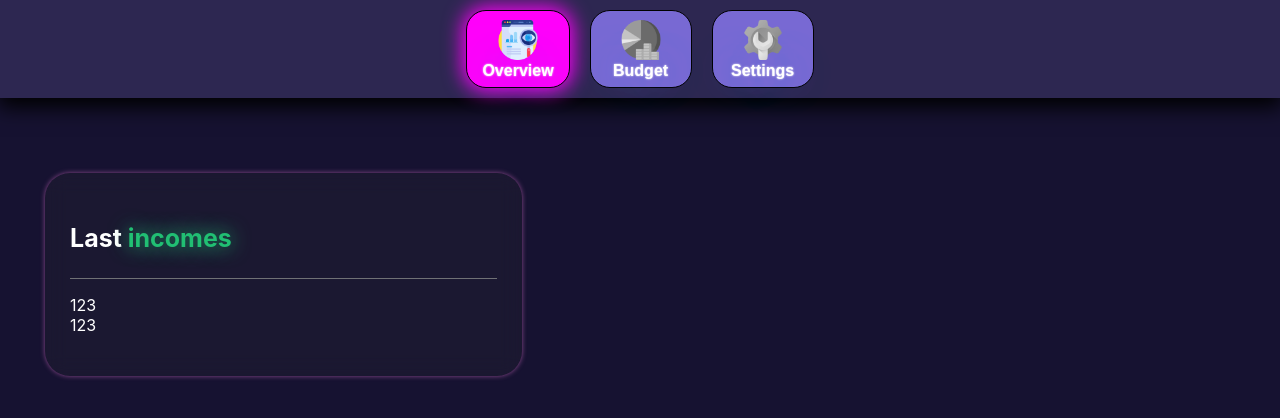
Repository: Minkeani/Money-Manager
Page: /Overview
The author's editor kept a copy of each file at every save. The page is drawn from the files as they stood at one save, then again after the next save.
The browser window is 1280 px wide. The pictures show the whole page.
The project was rebuilt for these pictures with package versions that can differ from the ones it lists, and the page was loaded fresh each time. Also part of the build but not shown: src/components/Budget/Budget.module.css, src/components/Budget/Budget.jsx, src/components/Settings/Settings.jsx, src/components/NotFound/NotFound.module.css, src/components/NotFound/NotFound.jsx.

Above is the page before, as saved 2022-07-14 19:57:50.

### src/index.js
import React from 'react';
import ReactDOM from 'react-dom/client';
import './styles/index.css'
import App from './App';

const root = ReactDOM.createRoot(document.getElementById('root'));
root.render(
    <App />
);

### src/styles/index.css
:root {
  --color-theme: #161231;
	--color-white: #fff;
	--color-black: #000;
	--color-dark-gray: #10100e;
	--color-yellow: #ffff00;
	--color-blue: #6884fb;
	--color-red: #f75d83;
	--font-bold: 600;
	--color-violet: #ae72c2;
	--text-shadow-yellow:
		0 0 2px var(--color-white),
		0 0 40px var(--color-blue);

	--spacing-medium: 20px;

	--spacing-small: 10px;

	--spacing-ultra-small: 5px;

	--spacing-large: 30px;

	--font-family-main: sans-serif;

	--border-radius-small: 3px;

	--border-radius-medium: 5px;

	--margin-list: 7px;

	--font-size-main: 16px;

	--font-size-header: 26px;

	--font-size-subheader: 18px;

	/* Theme */
	--theme-light-header: #dfe2df;

	--theme-dark-header: #ca6ca6;

	--theme-neitral-header: #cccc46;

	--theme-default-header: var(--theme-neitral-header);

	--transition: .4s;

	--theme-light-bg-img: linear-gradient(to top, #b7b7b7, #a396b0, #9a72a0, #984986, #960062);

	--theme-dark-bg-img:  linear-gradient(to top, #6a2b60, #532143, #3b192b, #221118, #000000);

	--width-max: 1200px

}
body {
  margin: 0;
	padding: 0;
	background-color: var(--color-theme);
  font-family: -apple-system, BlinkMacSystemFont, 'Segoe UI', 'Roboto', 'Oxygen',
    'Ubuntu', 'Cantarell', 'Fira Sans', 'Droid Sans', 'Helvetica Neue',
    sans-serif;
  -webkit-font-smoothing: antialiased;
  -moz-osx-font-smoothing: grayscale;
}

code {
  font-family: source-code-pro, Menlo, Monaco, Consolas, 'Courier New',
    monospace;
}

### src/App.js
import styles from './App.module.css';
import Header from './components/Header/Header';
import RoutesConfig from './routes/RoutesConfig';
import { Routes, Route, BrowserRouter, Router } from 'react-router-dom';

function App() {
  return (
    <div className={styles.App}>
      <BrowserRouter>
        <div className={styles.wrapper}>
          <Header/>
            <Routes>
              {RoutesConfig.map((route, index) => (
                <Route
                  key={index}
                  exact={route.exact}
                  element={<route.element/>}
                  path={route.path}
                />
              ))}
            </Routes>
        </div>
      </BrowserRouter>
    </div>
  );
}

export default App;

### src/App.module.css
.App {
  text-align: center;
  display: flex;
  justify-content: center;
  align-items: center;
  margin: 0 auto;
}

.App-logo {
  height: 40vmin;
  pointer-events: none;
}

.wrapper {
  width: 100%;
}

@media (prefers-reduced-motion: no-preference) {
  .App-logo {
    animation: App-logo-spin infinite 20s linear;
  }
}

.App-header {
  background-color: #282c34;
  min-height: 100vh;
  display: flex;
  flex-direction: column;
  align-items: center;
  justify-content: center;
  font-size: calc(10px + 2vmin);
  color: white;
}

.App-link {
  color: #61dafb;
}

@keyframes App-logo-spin {
  from {
    transform: rotate(0deg);
  }
  to {
    transform: rotate(360deg);
  }
}

### src/components/Header/Header.jsx
import React, {useState} from 'react'
import styles from './Header.module.scss'
import { Link } from 'react-router-dom';
import Budget from '../../icons/budget.svg'
import overview from '../../icons/Overview.svg'
import settings from '../../icons/settings.svg'
import { motion } from "framer-motion";


export default function Header() {
  const [active, setActive] = useState(1)

  const HeaderAnimation = {
    hidden: {
      y: 100,
      opacity: 0
    },
    visible: custom => ({
      y: 0,
      opacity: 1,
      transition: {delay: custom * 0.2}
    })
  };


  return (
    <motion.div
      initial="hidden"
      whileInView="visible"
      viewport={{ amount: 0.3, once: true }}
      variants={HeaderAnimation}
      className={styles.container}>
    <ul className={styles.list__container}>
        <li
          onClick={() => setActive(1)}
          className={active === 1 ? styles.active : ''}
        >
            <Link to='/Overview' exact='true' >
                 <img src={overview} alt="" />
                Overview</Link>
        </li>
        <li
          onClick={() => setActive(2)}
          className={active === 2 ? styles.active : ''}
          >
            <Link to='/Budget' exact='true' >
               <img src={Budget} alt="" />
              Budget</Link></li>
        <li
           onClick={() => setActive(3)}
           className={active === 3 ? styles.active : ''}
          >
            <Link to="/Settings" exact='true'>
              <img src={settings} alt="" />
              Settings</Link></li>
    </ul>

    </motion.div>
  )
}

### src/routes/RoutesConfig.js
import Budget from "../components/Budget/Budget"
import Overview from "../components/Overview/Overview"
import Settings from "../components/Settings/Settings"
import NotFound from "../components/NotFound/NotFound"

const RoutesConfig = [
    {
        path: '/Budget',
        exact: true,
        element: Budget
    },
    {
        path: '/Overview',
        exact: true,
        element: Overview
    },
    {
        path: '/Settings',
        exact: true,
        element: Settings
    }, {
        path: '/NotFound',
        exact: true,
        element: NotFound
    },

]

export default RoutesConfig

### src/components/Header/Header.module.scss
.container {
    display: flex;
    align-items: center;
    justify-content: center;
    margin-bottom: var(--spacing-large);
    background-color: #2d2751;
    width: 100%;
    box-shadow: 0px 7px 20px 2px ;
}
.list__container {
    display: flex;
    flex-wrap: wrap;
    margin: 0;
    padding: 0;
    list-style-type: none;
}

.list__container li {
    background-color: #7869d3;
    flex-direction: column;
    border: 1px solid black;
    margin: 10px;
    border-radius: 20px;
    cursor: pointer
}

.list__container li:hover {
    background-color: #dd6edb;

}



.list__container a {
    display: flex;
    align-items: center;
    flex-direction: column;
    margin: 0 10px;
    padding: 5px 3px;
    min-width: 70px;
    border: 2px solid transparent;
    border-radius: var(--border-radius-small);
    color: var(--color-white);
    text-align: center;
    font-family: var(--font-family-main);
    text-decoration: none;
    font-weight: var(--font-bold);
    text-shadow: var(--text-shadow-yellow);
    transition: var(--transition);
}

.list__container .active {
    background-color: #ff00fa;
    box-shadow: 0 0 20px 3px #ff00fa;
     img {
        filter: grayscale(0);
    }

}



.list__container img {
    height: 2.5rem;
    margin: 0.1375rem;
    width: 2.5rem;
    filter: grayscale(1);
}
.list__container :global(a.active) {
    border: 2px solid var(--color-violet);
    color: var(--color-violet);
    text-shadow: none;
}

.logo {
    width: 60px;
    height: 60px;
    margin-right: var(--spacing-large);
    object-fit: cover;
    object-position: center center;
}

### src/components/Overview/Overview.jsx
import React from 'react'
import OverviewBlock from '../OverviewBlocks/OverviewBlock'
import styles from './Overview.module.css'

export default function Overview() {
  return (
    <div className={styles.container}>
      <OverviewBlock/>
    </div>
  )
}

### src/components/OverviewBlocks/OverviewBlock.jsx
import React, {useState} from 'react';
import styles from './Overview.module.css'

const OverviewBlock = () => {
    const [blocks, setBlocks] = useState([
        {type: 'Incomes', sign: '+', classes: 'money', money: 1000, category: 'life'},
        {type: 'Expenses', sign: '-', classes: 'Remoney', money: 1000, category: 'life'}
])

    return (
        <div className={styles.container}>
            <h3 className={styles.title}>Last <span className={styles.money}>incomes</span></h3>
            <div className={styles.dilivar}></div>
            <ul className={styles.list}>
                {blocks.map((type, sign, classes, money, category) =>
                    <li>123</li>


                )}
                {/* <li><span className={styles.money}>1000</span> from <span>life</span></li>
                <li><span  className={styles.money}>1000</span> from <span>life</span></li>
                <li><span  className={styles.Remoney}>1000</span> from <span>life</span></li>
                <li><span  className={styles.Remoney}>1000</span> from <span>life</span></li> */}

            </ul>
        </div>
    );
}

export default OverviewBlock;

### src/components/Overview/Overview.module.css
.container {
    display: grid;
    grid-template-columns: 1fr 1fr;
    grid-template-rows: 1fr 1fr;
    padding: 20px;
    gap: 20px 20px;
}

### src/components/OverviewBlocks/Overview.module.css
.container {
    display: flex;
    flex-direction: column;
    align-items: start;
    overflow-y: auto;
    border-radius: 1.5625rem;
    width: 70%;
    padding: 25px;
    margin: 25px;
    background: rgba(50, 50, 50, 0.2);
    backdrop-filter: blur(10px);
    box-shadow: 0 0 5px 0px #8e4a8e;
    color: white;
}

.title {
    color: #fff;
    font-size: 1.5625rem;
}

.dilivar {
    background-color: #707175;
    height: 1px;
    width: 100%;
}

.money {
    color: #21bf73;
    text-shadow: 0 0 20px #21bf73;
}

.Remoney {
    color: red;
    text-shadow: 0 0 20px red;
}

.list {
    list-style-type: none;
    padding: 0;
}

Loaded but not shown: public/index.html (common file)

After the next save:
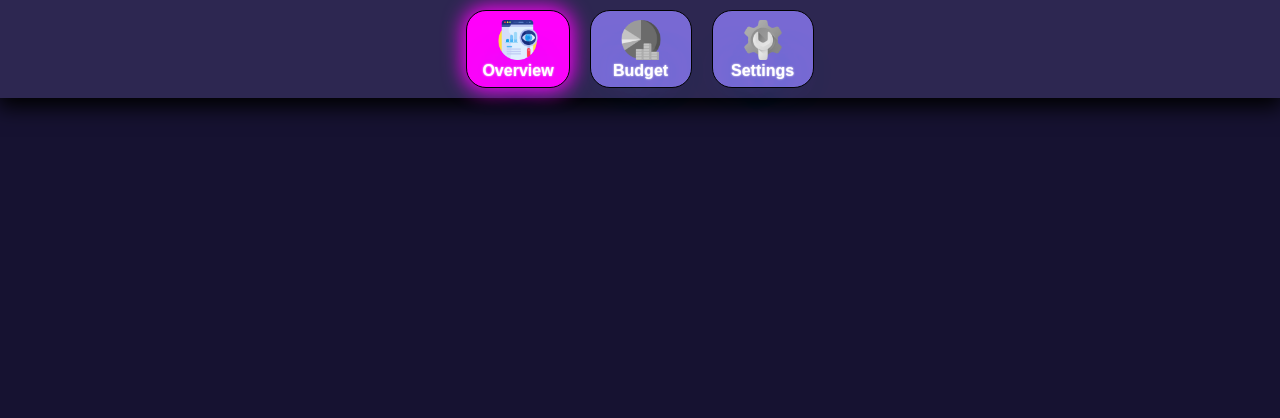
Saved 10 min 6 s later.
--- a/src/components/OverviewBlocks/OverviewBlock.jsx
+++ b/src/components/OverviewBlocks/OverviewBlock.jsx
@@ -8,22 +8,22 @@ const OverviewBlock = () => {
 ])
 
     return (
-        <div className={styles.container}>
-            <h3 className={styles.title}>Last <span className={styles.money}>incomes</span></h3>
-            <div className={styles.dilivar}></div>
-            <ul className={styles.list}>
-                {blocks.map((type, sign, classes, money, category) =>
-                    <li>123</li>
+        <>
+            {blocks.map((type, sign, classes, money, category) => {
+                    <div className={styles.container}>
+                        <h3 className={styles.title}>Last <span className={styles.money}>{type}</span></h3>
+                        <div className={styles.dilivar}></div>
+                            <ul className={styles.list}>
+                                    <li><span className={styles.money}>{sign}{money}</span> from <span>{category}</span></li>
+                                    {/* <li><span  className={styles.money}>1000</span> from <span>life</span></li>
+                                    <li><span  className={styles.Remoney}>1000</span> from <span>life</span></li>
+                                    <li><span  className={styles.Remoney}>1000</span> from <span>life</span></li> */}
+                            </ul>
+                        </div>
+            }
+            )}
 
-
-                )}
-                {/* <li><span className={styles.money}>1000</span> from <span>life</span></li>
-                <li><span  className={styles.money}>1000</span> from <span>life</span></li>
-                <li><span  className={styles.Remoney}>1000</span> from <span>life</span></li>
-                <li><span  className={styles.Remoney}>1000</span> from <span>life</span></li> */}
-
-            </ul>
-        </div>
+        </>
     );
 }
 
